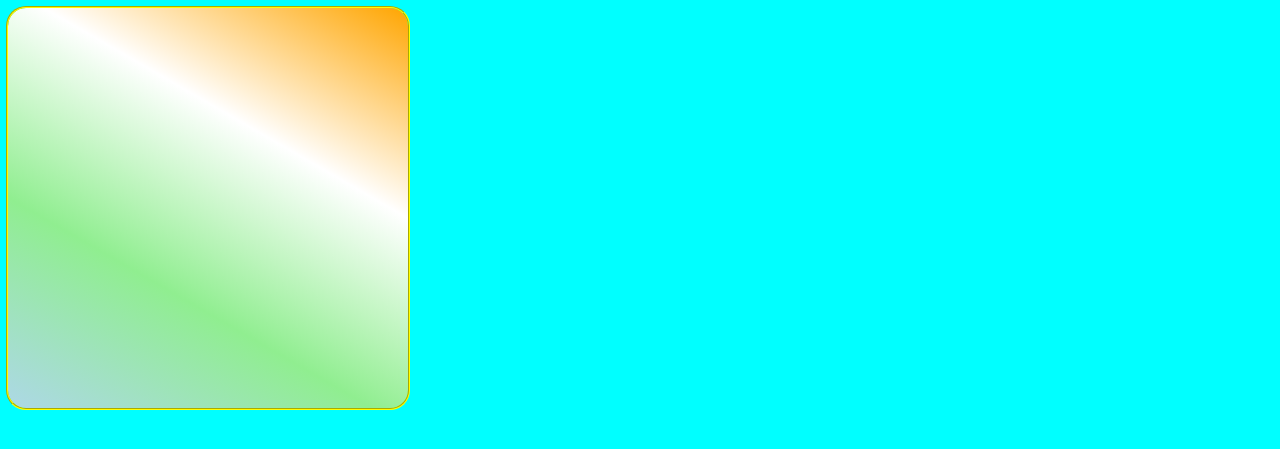
Repository: Amani-Kibet/express-app-web
Page: public/Card.html
An editor plug-in stored every save of this project. The page is shown before and after the next save, followed by the edit.
The browser window is 1280 px wide. The pictures show the whole page.

Above is the page before, as saved 2025-09-25 21:07:09.

After the next save:
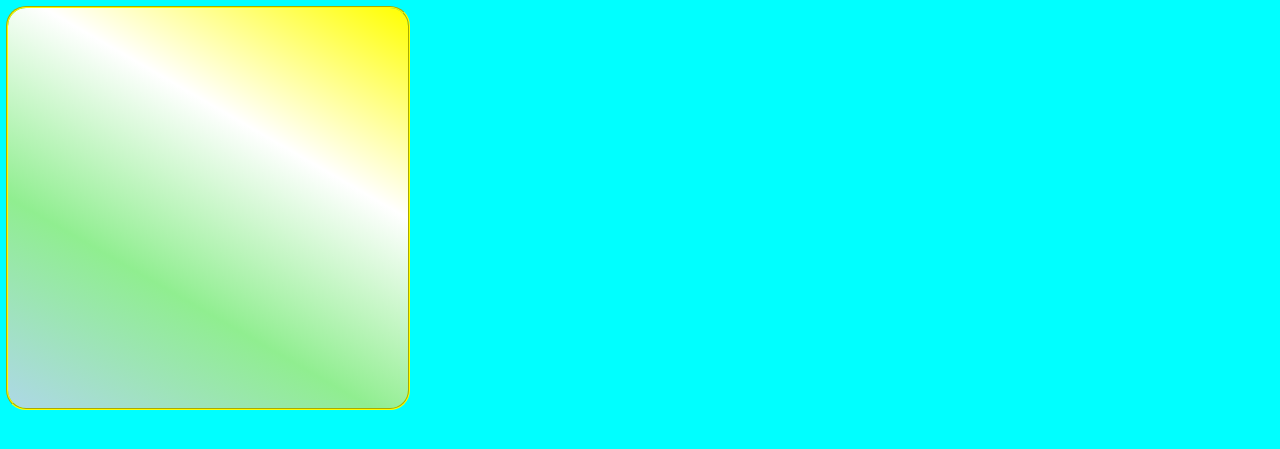
Saved 19 s later.
--- a/public/Card.html
+++ b/public/Card.html
@@ -3,12 +3,11 @@
   <title> Login Page</title>
   <style>
   #board{
-    background: linear-gradient(30deg, lightblue, lightgreen, white, orange);
+    background: linear-gradient(30deg, lightblue, lightgreen, white, yellow);
     width: 25rem;
     height: 25rem;
     border-radius: 18px;
     outline: 2px groove yellow;
-    box-shaddow: 4px, 1px, 1px, red
   }
   </style>
 </head>
